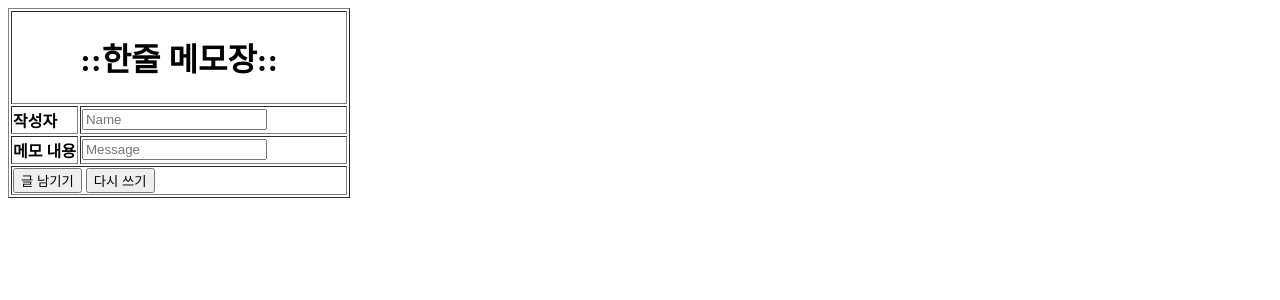
Repository: Jayking0215/myjava
Page: JSPBoard/BBS/src/main/webapp/board/input.html
The author's editor kept a copy of each file at every save. The page is drawn from the files as they stood at one save, then again after the next save.
The browser window is 1280 px wide. The pictures show the whole page.

Above is the page before, as saved 2023-04-30 11:41:39.

### JSPBoard/BBS/src/main/webapp/board/input.html
<!DOCTYPE html>
<html>
<head>
<meta charset="UTF-8">
<title>input.html</title>
<script type="text/javascript">
	function check(){
		//window.document.mf.submit();
		if(mf.name.value==""){
			alert('작성자를 입력하세요');
			mf.name.focus();
			return;
		}
		if(mf.msg.value==""){
			alert('메모내용을 입력하세요');
			mf.msg.focus();
			return;
		}
		mf.submit();
	}
</script>
</head>
<body>
<div id="wrap">
	<form name="mf" action="MemoAdd" method="get">
		<!-- table로 화면과 같이 구성하세요 -->
		<table border="1">
			<tr>
				<th colspan="2"><h1>::한줄 메모장::</h1></th>
			</tr>
			<tr>
				<td width="20%">
					<b>작성자</b>
				</td>
				<td width="80%">
					<input type="text" name="name" placeholder="Name">
				</td>
			</tr>

			<tr>
				<td width="20%">
					<b>메모 내용</b>
				</td>
				<td width="80%">
					<input type="text" name="msg" placeholder="Message">
				</td>
			</tr>
			<tr>
				<td colspan="2">
					<button type="button" onclick="check()">글 남기기</button>
					<button type="reset">다시 쓰기</button>
				</td>
			</tr>
		</table>

	</form>
</div>
</body>
</html>

### JSPBoard/BBS/src/main/webapp/css/memo.css
@charset "UTF-8";

body{
	font-family:Helvetica, sans-serif;
	font-size:16px;
	color:navy;
}
#wrap{
	width:80%;
	margin:auto;
	/* border:1px solid red; */
}
#wrap table{
	width:100%;
	margin:2em auto;
	border-collapse:collapse;
}
#wrap table th{
	background-color:#cfeffc;
}
#wrap td{
	padding:5px;
}
#wrap td:first-child{
	text-align:center;
}
#wrap td:nth-child(4n+3){
	text-align:center;
}
#wrap td:nth-child(4n+4){
	text-align:center;
}
#wrap input{
	padding: 8px;
	border: 1px solid silver;
	width:80%;
}
#wrap button{
	padding:5px;
	background-color:beige;
	width:150px;
	border:1px solid silver;
}
span.wdate{
	float:right;
	margin-right:10px;
}

After the next save:
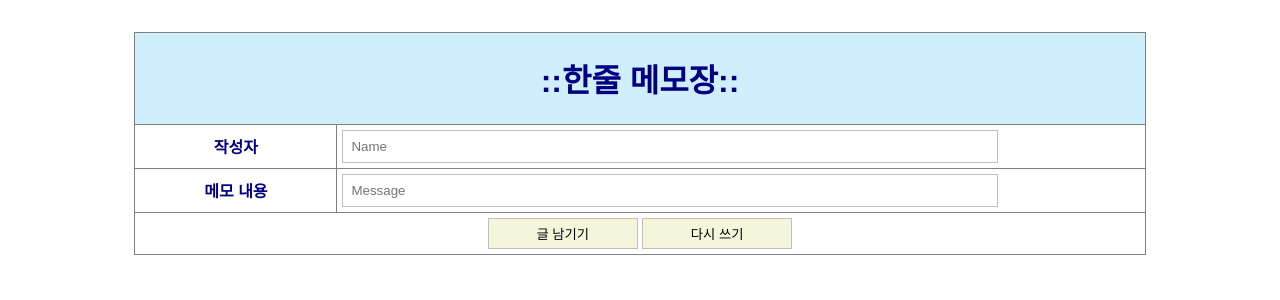
Saved 24 min 57 s later.
--- a/JSPBoard/BBS/src/main/webapp/board/input.html
+++ b/JSPBoard/BBS/src/main/webapp/board/input.html
@@ -3,6 +3,9 @@
 <head>
 <meta charset="UTF-8">
 <title>input.html</title>
+<!-- memo.css참조--------------------------------------------- -->
+<link rel="stylesheet" type="text/css" href="../css/memo.css">
+<!-- -------------------------------------------------------- -->
 <script type="text/javascript">
 	function check(){
 		//window.document.mf.submit();
@@ -16,13 +19,23 @@
 			mf.msg.focus();
 			return;
 		}
+		let len=mf.msg.value.length;
+		if(len>100){
+			alert('메모 내용은 100자까지만 가능해요');
+			mf.msg.select();
+			return;
+		}
+
 		mf.submit();
 	}
 </script>
 </head>
 <body>
 <div id="wrap">
-	<form name="mf" action="MemoAdd" method="get">
+<!-- http://localhost:9090/MyWeb/memo/MemoAdd?name=sdfsdf&msg=sdfsdf
+	http://localhost:9090/MyWeb/MemoAdd?name=aaa&msg=bbb
+ -->
+	<form name="mf" action="../MemoAdd" method="get">
 		<!-- table로 화면과 같이 구성하세요 -->
 		<table border="1">
 			<tr>
